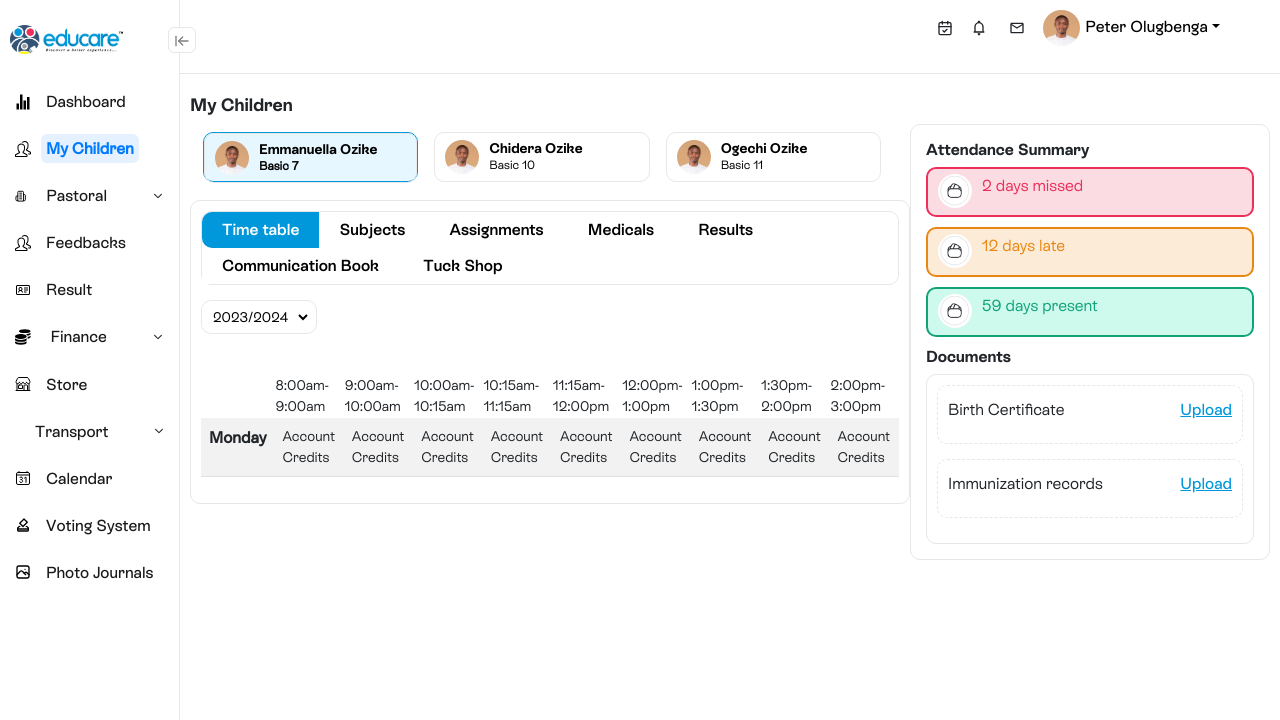
Repository: sarahnnanyelugo/educare-dashboards
Page: /my-children
These files come from the project's save history. The page is drawn as it stood at one moment and after the next save; the edit follows.
The browser window is 1280 px wide. The pictures show the whole page.
The project was rebuilt for these pictures with package versions that can differ from the ones it lists, and the page was loaded fresh each time. Also part of the build but not shown: src/Dashboards/Parents/MainView/main-view.scss, src/components/News/news.scss, src/components/News/News.js, src/TestData/newsData.js, src/TestData/schEvents.js, src/components/ResultChart/ResultChart.js, src/components/Calender/calender.scss, src/components/Calender/Calender.js and 5 more.

Above is the page before, as saved 2024-10-16 08:50:33.

After the next save:
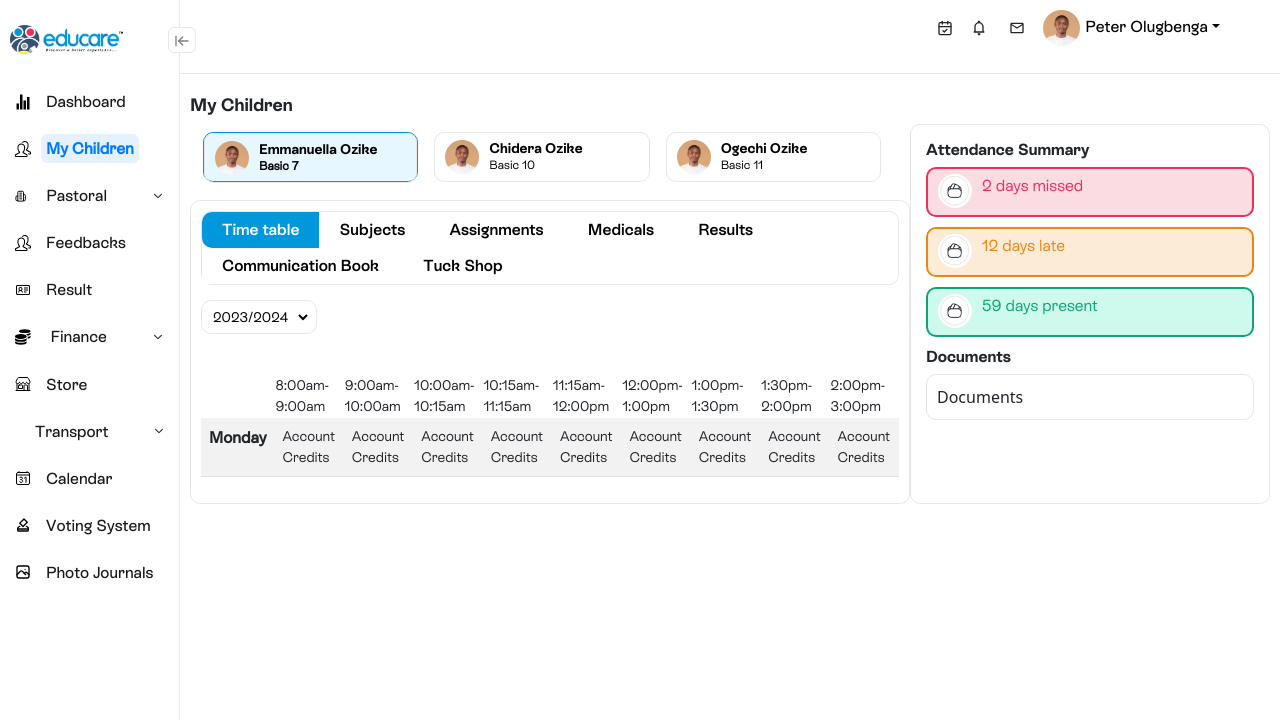
Saved 30 s later.
--- a/src/Dashboards/Parents/MyChildren/MyChildren.js
+++ b/src/Dashboards/Parents/MyChildren/MyChildren.js
@@ -11,6 +11,7 @@ import { Children } from "./Children";
 import { ActivityTab } from "./ActivityTab";
 import Icon from "../../../assets/images/wallet.png";
 import { FileUpload } from "../../../components/FIleUpload/FileUpload";
+import { Documents } from "./Documents";
 
 export const MyChildren = () => {
   const [activeTab, setActiveTab] = useState(1); // Default to first tab
@@ -82,8 +83,7 @@ export const MyChildren = () => {
           </div>
           <h6>Documents</h6>
           <div className="card file-input">
-            <FileUpload file="Birth Certificate" />
-            <FileUpload file="Immunization records" />
+            <Documents />
           </div>
         </div>
       </div>

After the 2 saves that followed:
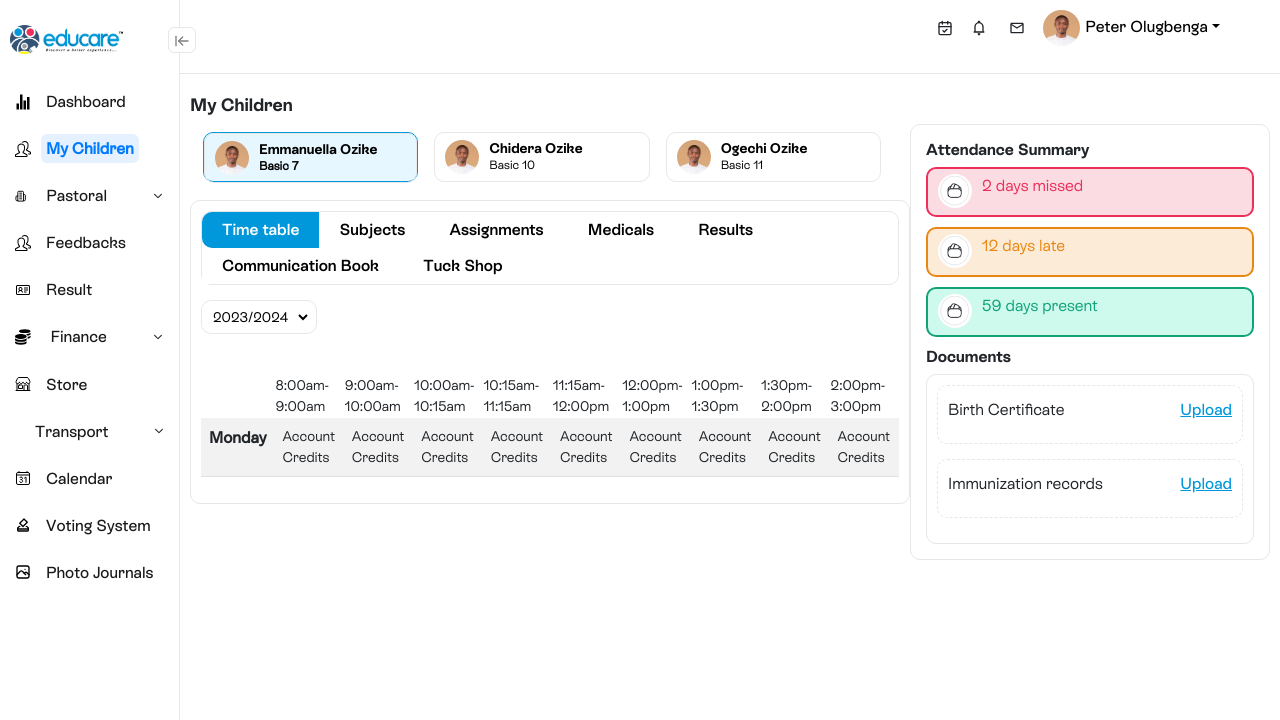
The 2 saves are shown as one change because 1 did not build or start.
The last was saved 28 s later.
--- a/src/Dashboards/Parents/MyChildren/Documents.js
+++ b/src/Dashboards/Parents/MyChildren/Documents.js
@@ -1,5 +1,11 @@
 import React from "react";
+import { FileUpload } from "../../../components/FIleUpload/FileUpload";
 
 export const Documents = () => {
-  return <div>Documents</div>;
+  return (
+    <div>
+      <FileUpload file="Birth Certificate" />
+      <FileUpload file="Immunization records" />
+    </div>
+  );
 };
